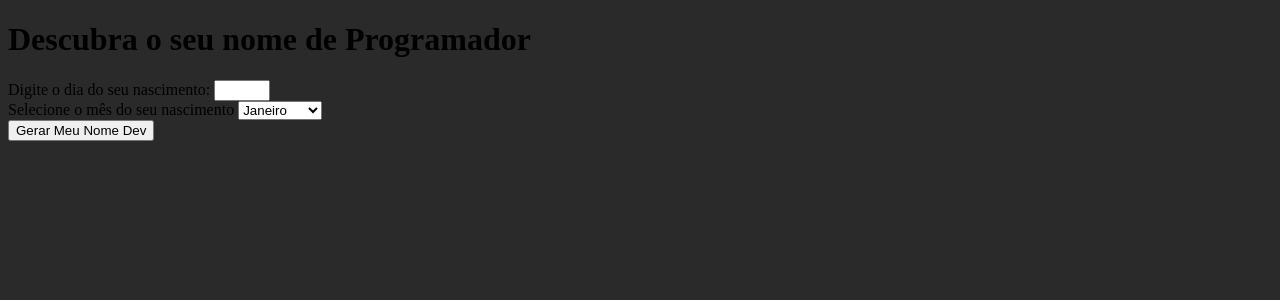
Repository: analessp/seu-nome-dev
Page: index.html
An editor plug-in stored every save of this project. The page is shown before and after the next save, followed by the edit.
The browser window is 1280 px wide. The pictures show the whole page.

Above is the page before, as saved 2025-05-13 10:43:02.

After the next save:
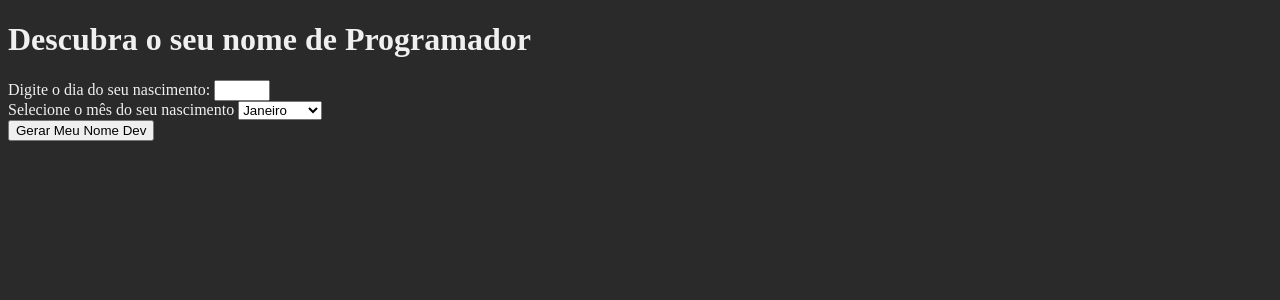
Saved 6 s later.
--- a/styles.css
+++ b/styles.css
@@ -1,4 +1,4 @@
 body {
     background-color: #2a2a2a;
-    color: f0f;
+    color: #f0f0f0;
 }
